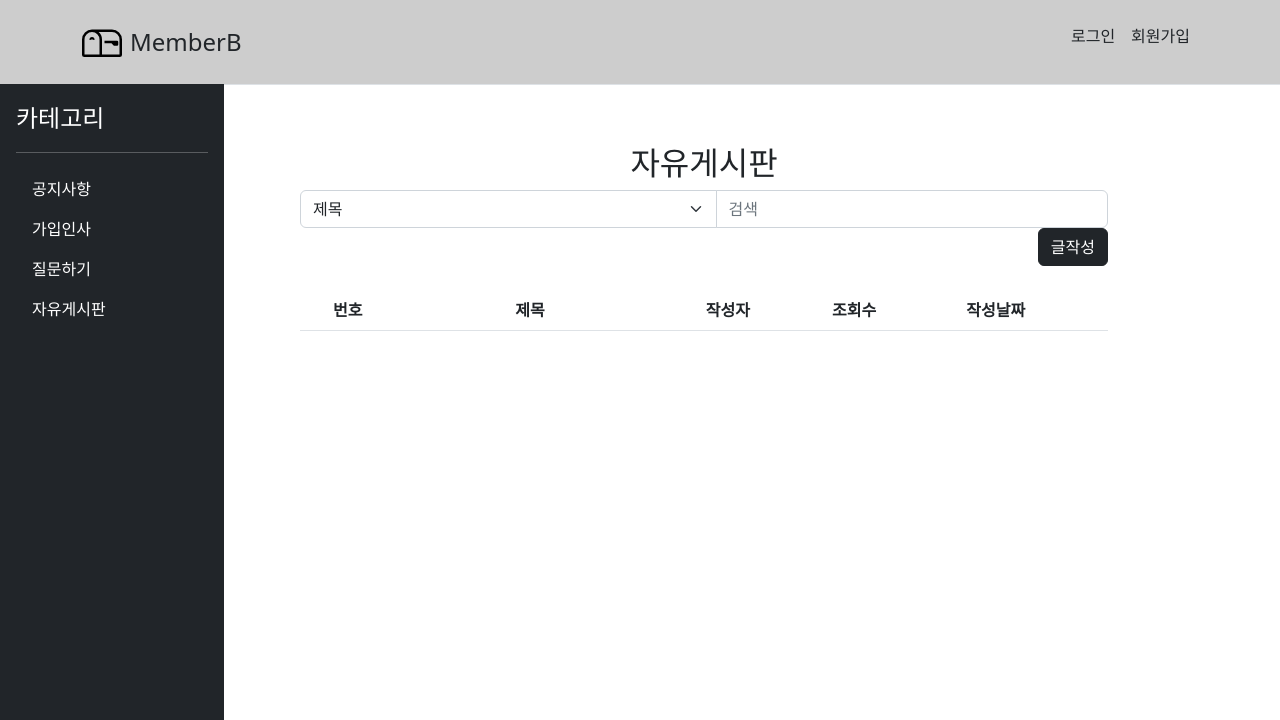
Repository: charmErin/board_220915
Page: http://localhost/board/WEB-INF/views/board/list.jsp
These files come from the project's save history. The page is drawn as it stood at one moment and after the next save; the edit follows.
The browser window is 1280 px wide. The pictures show the whole page.
The page is served by Tomcat 9. Nobody is signed in. The template is opened directly, without the code that normally fills it, so the values that code supplies are empty.

Above is the page before, as saved 2022-09-16 08:46:10.

After the next save:
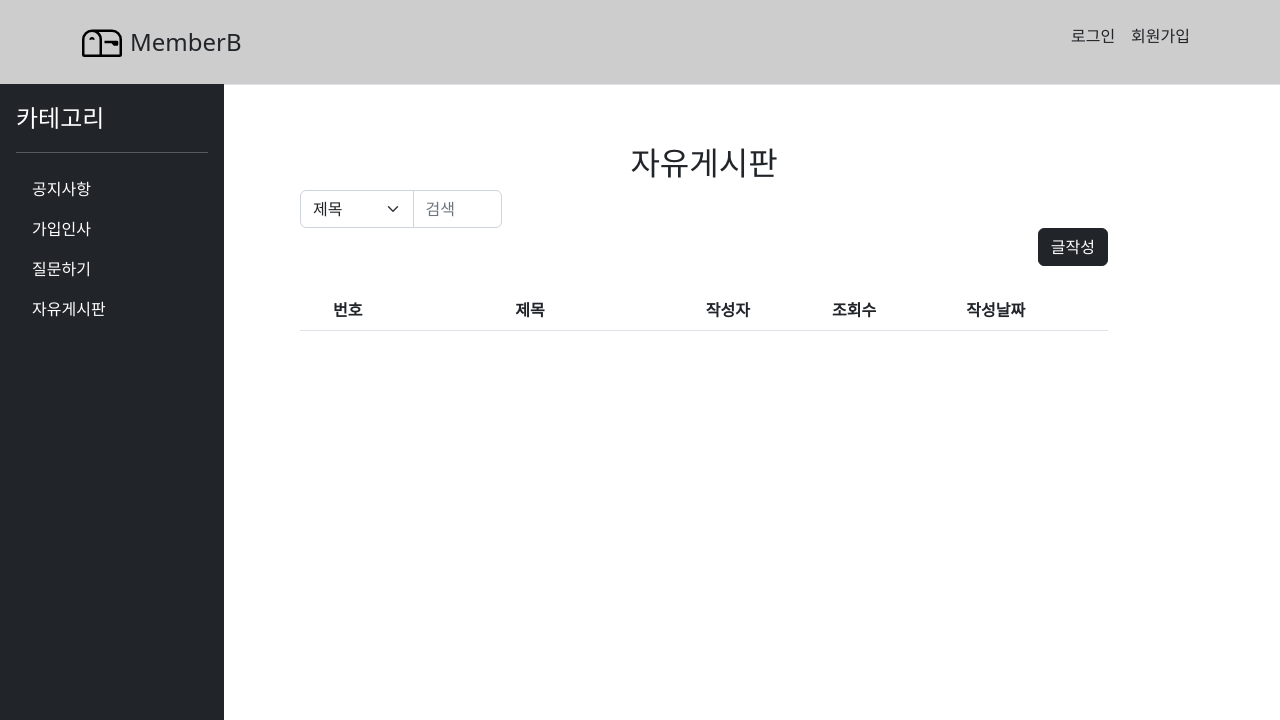
Saved 15 s later.
--- a/board/src/main/webapp/WEB-INF/views/board/list.jsp
+++ b/board/src/main/webapp/WEB-INF/views/board/list.jsp
@@ -57,7 +57,7 @@
 			</c:otherwise>
 		</c:choose>
 
-		<form action="/board/search" method="get">
+		<form class="col-3" action="/board/search" method="get">
 			<div class="input-group">
 				<select class="form-select col-1" name="searchType">
 					<option value="boardTitle">제목</option>
